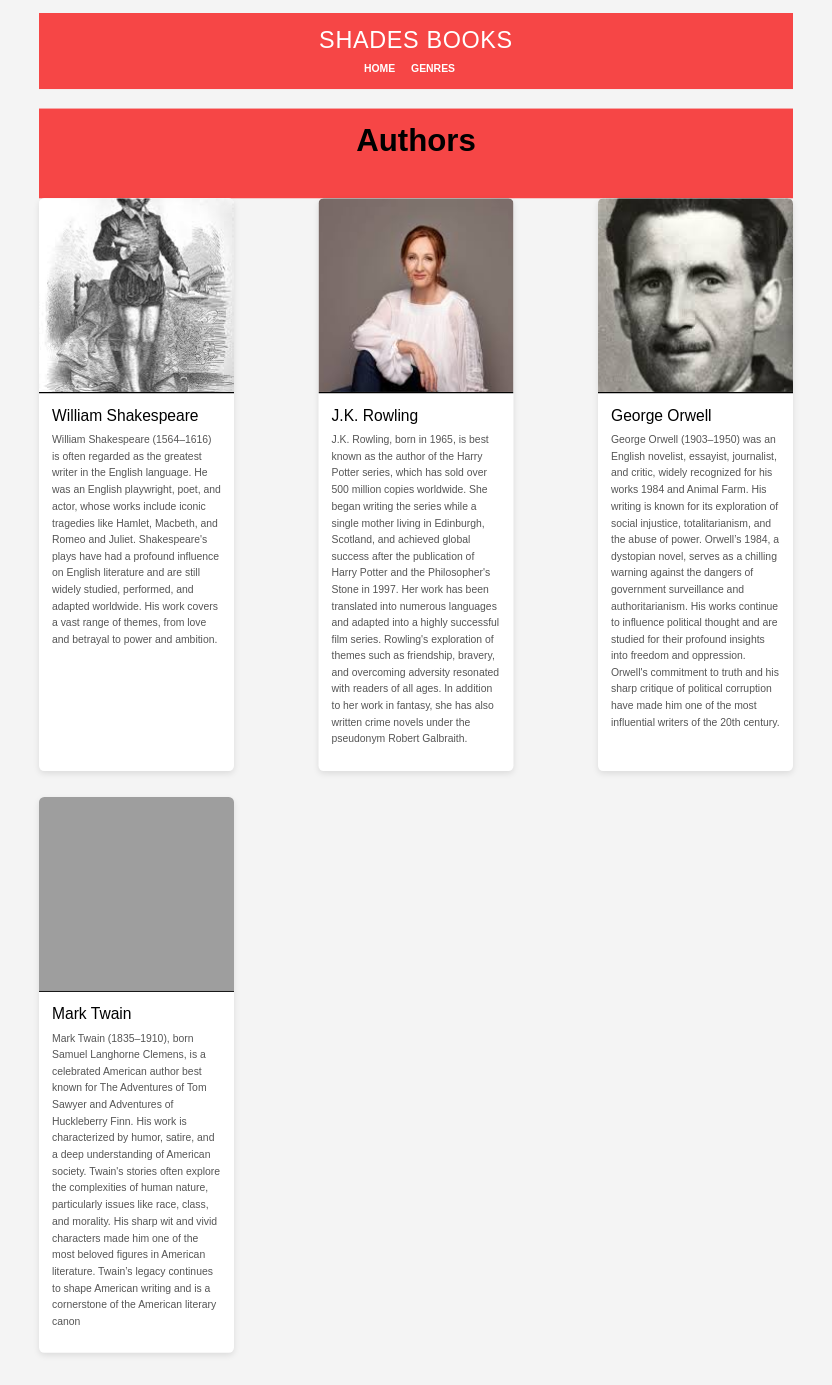
Repository: Harishsuresh-kumar/Library-Web
Page: WORK SITE/rough.html
An editor plug-in stored every save of this project. The page is shown before and after a run of saves, followed by the edit.
The browser window is 1280 px wide. The pictures show the whole page, at 65% of full size.
Pictures or frames that could not be fetched are drawn as grey boxes.

Above is the page before, as saved 2024-11-07 00:57:16.

After the next 2 saves:
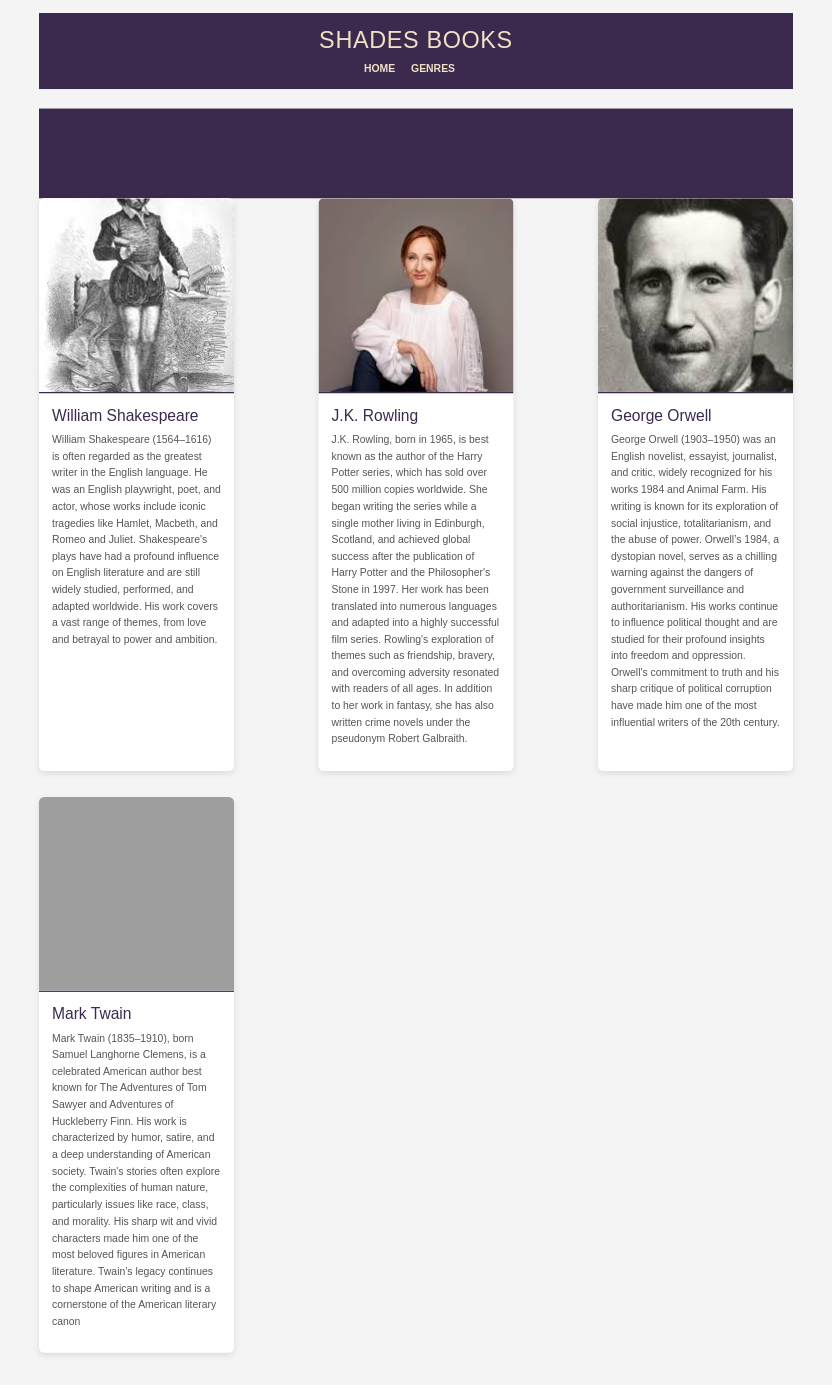
The 2 saves are shown as one change because they came seconds apart.
The last was saved 2 min 33 s later.
--- a/WORK SITE/rough.css
+++ b/WORK SITE/rough.css
@@ -1,6 +1,6 @@
 /* Global Styles */
 body {
-    font-family: Arial, sans-serif;
+    font-family: 'Arial', sans-serif;
     margin: 0;
     padding: 0;
     background-color: #f4f4f4;
@@ -15,8 +15,8 @@
 
 /* Header Styles */
 header {
-    background-color: #f64646;
-    color: #fff;
+    background-color: #3b2a4e; /* Muted vintage color (deep plum) */
+    color: #f1e0c6; /* Soft off-white for text */
     padding: 20px 0;
     text-align: center;
 }
@@ -40,14 +40,14 @@
 }
 
 nav ul li a {
-    color: #fff;
+    color: #f1e0c6; /* Soft off-white for the link */
     text-decoration: none;
     font-weight: bold;
     text-transform: uppercase;
 }
 
 nav ul li a:hover {
-    border-bottom: 2px solid #fff;
+    border-bottom: 2px solid #f1e0c6; /* Accent color on hover */
 }
 
 /* Main Content */
@@ -60,7 +60,7 @@
     font-size: 48px;
     font-weight: 700;
     margin-bottom: 40px;
-    color: #000;
+    color: #3b2a4e; /* Muted vintage color for titles */
 }
 
 /* Author Section */
@@ -96,7 +96,7 @@
     width: 100%;
     height: 300px;
     object-fit: cover;
-    border-bottom: 2px solid #000;
+    border-bottom: 2px solid #3b2a4e; /* Color accent on card border */
 }
 
 .author-info {
@@ -106,13 +106,29 @@
 .author-info h2 {
     font-size: 24px;
     margin-bottom: 10px;
-    color: #000;
+    color: #3b2a4e; /* Muted vintage color for author names */
 }
 
 .author-info p {
     font-size: 16px;
     color: #555;
     line-height: 1.6;
+}
+
+/* Buttons */
+button {
+    background-color: #3b2a4e; /* Muted vintage color for button */
+    color: #f1e0c6; /* Soft off-white for button text */
+    padding: 10px 20px;
+    border: none;
+    border-radius: 5px;
+    cursor: pointer;
+    font-size: 16px;
+    transition: background-color 0.3s ease;
+}
+
+button:hover {
+    background-color: #a4716d; /* Lighter warm color on hover */
 }
 
 /* Responsive Styles */
